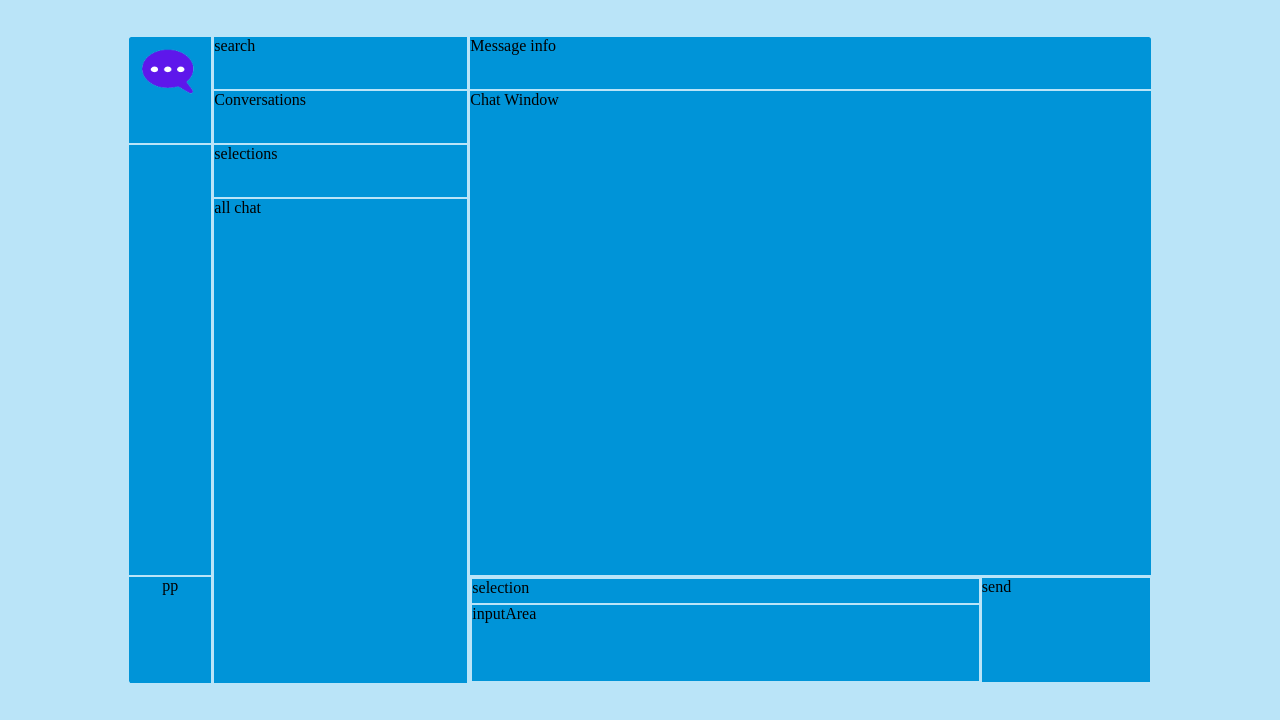
Repository: arafat877/super-chat
Page: /
The author's editor kept a copy of each file at every save. The page is drawn from the files as they stood at one save, then again after the next save.
The browser window is 1280 px wide. The pictures show the whole page.
The project was rebuilt for these pictures with package versions that can differ from the ones it lists, and the page was loaded fresh each time.

Above is the page before, as saved 2020-08-04 23:07:02.

After the next save:
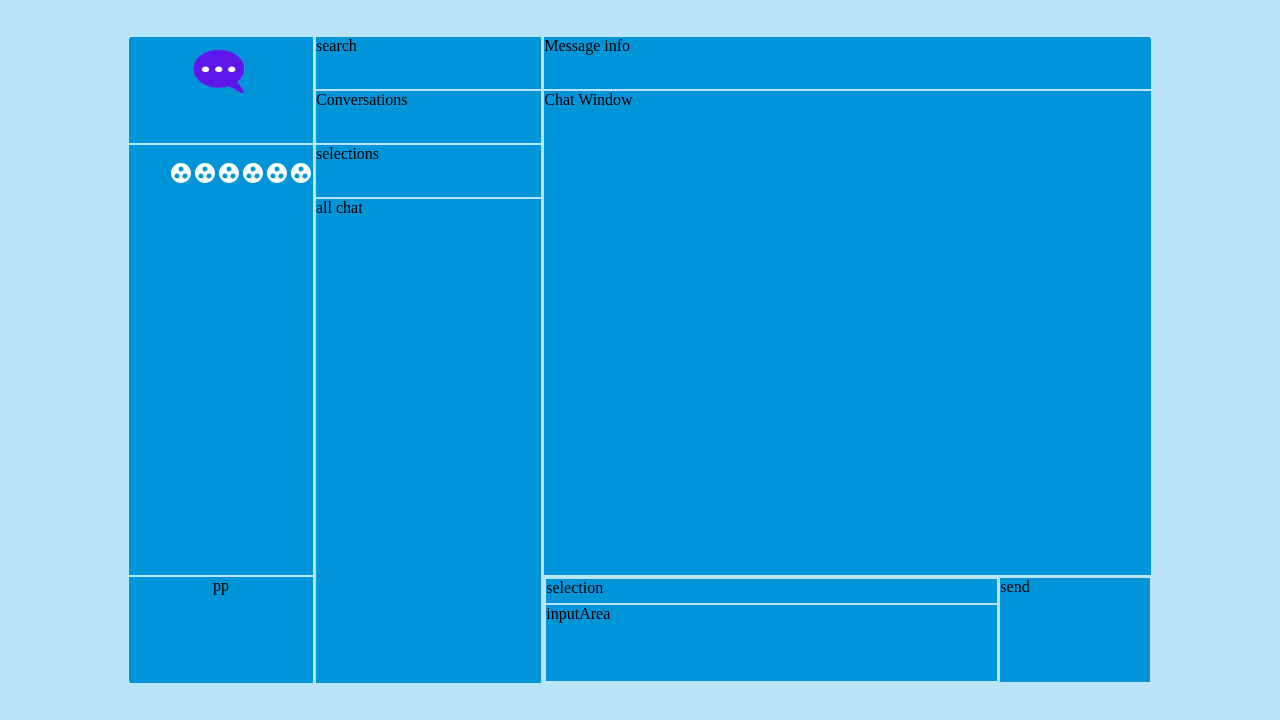
Saved 42 s later.
--- a/src/App.scss
+++ b/src/App.scss
@@ -47,11 +47,10 @@
 
         .mainList {
           list-style-type: none;
-          display:table-column;
+          display: flex;
+          align-items: center;
 
           .mainListItem {
-            display: table-cell;
-            vertical-align: middle;
             color: white;
           }
         }
